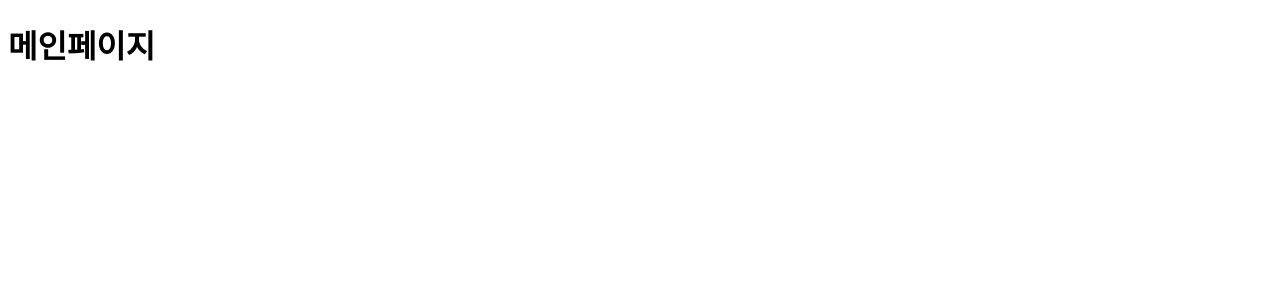
Repository: lastingrowth/teamPrj
Page: http://localhost/studyPrj/info.jsp?cate=bsy
The author's editor kept a copy of each file at every save. The page is drawn from the files as they stood at one save, then again after the next save.
The browser window is 1280 px wide. The pictures show the whole page.
The page is served by Tomcat 9. Other server files are loaded and not shown.

Above is the page before, as saved 2026-05-01 09:54:07.

### study_work/studyPrj/src/main/webapp/info.jsp
<%@ page language="java" contentType="text/html; charset=UTF-8"
    pageEncoding="UTF-8"%>
<!DOCTYPE html>
<html>
<head>
<meta charset="UTF-8">
<title>home</title>
</head>
<body>
<h1>메인페이지</h1>
<table>
	<tr>
		<td colspan="5"></td>
	</tr>
	<tr>
		<td></td>
		<td></td>
		<td></td>
		<td></td>
		<td></td>
	</tr>
	<tr>
		<td colspan="5"></td>
	</tr>
	<tr>
		<td colspan="5"></td>
	</tr>
	<tr>
		<td colspan="5"></td>
	</tr>
</table>
</body>
</html>

After the next save:
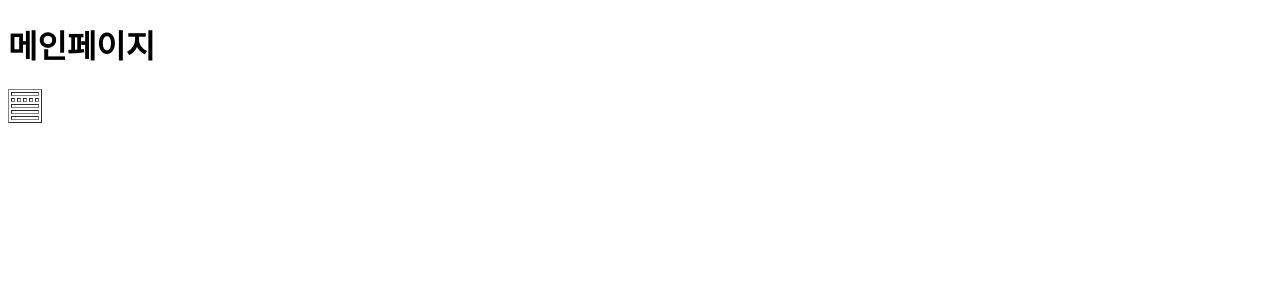
Saved 5 s later.
--- a/study_work/studyPrj/src/main/webapp/info.jsp
+++ b/study_work/studyPrj/src/main/webapp/info.jsp
@@ -8,7 +8,7 @@
 </head>
 <body>
 <h1>메인페이지</h1>
-<table>
+<table border="">
 	<tr>
 		<td colspan="5"></td>
 	</tr>
